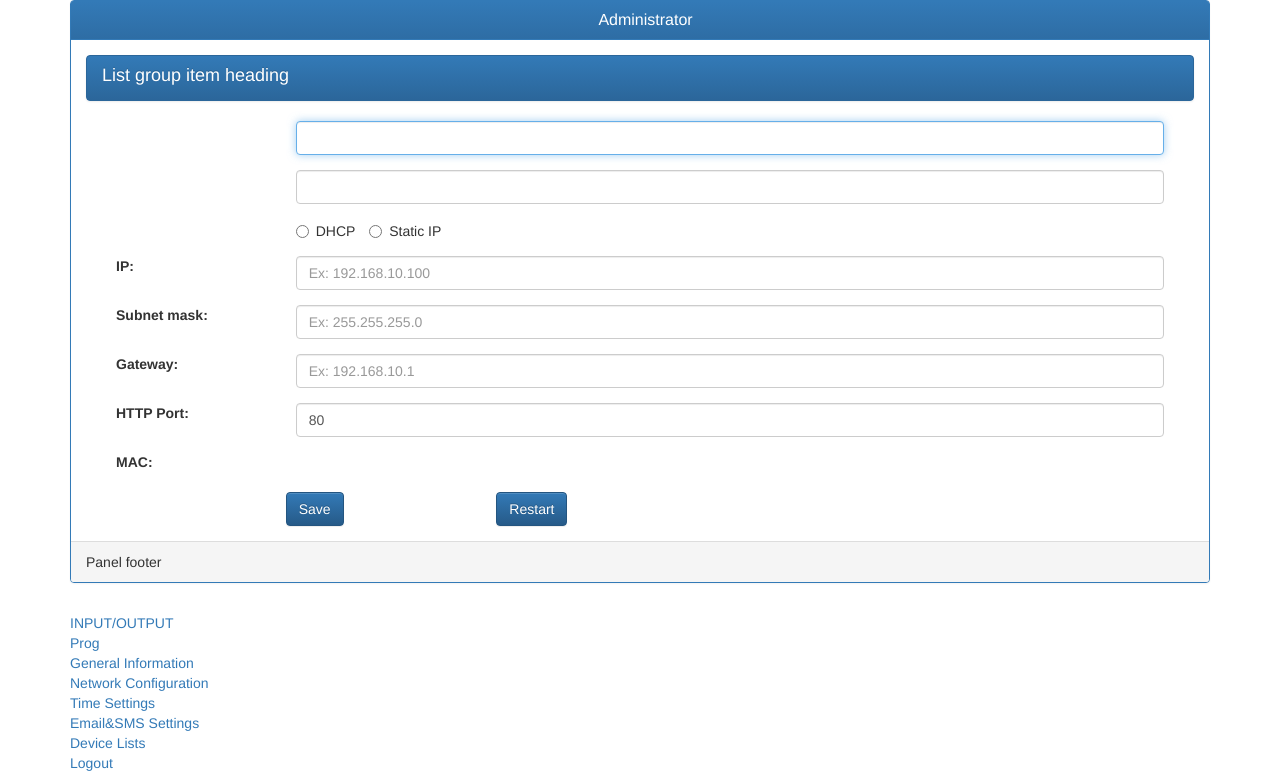
Repository: binhpham1909/EclipseCpp
Page: SwitchControler_v1/HTMLSource/admin.html
An editor plug-in stored every save of this project. The page is shown before and after the next save, followed by the edit.
The browser window is 1280 px wide. The pictures show the whole page.
The page's requests for data from a server got no answer.

Above is the page before, as saved 2017-02-09 08:57:42.

### SwitchControler_v1/HTMLSource/admin.html
<!DOCTYPE html>
<html lang="en">
<head>
<meta charset="utf-8">
<title>Administration</title>
<meta name="description" content="">
<meta name="author" content="Anh Nguyen Tuan">
<meta name="viewport" content="width=device-width, initial-scale=1">
<link rel="icon" type="image/png" href="/favicon.png">
<link rel="stylesheet" href="css/bootstrap.min.css">
<script src="js/jquery.min.js"></script>
<link rel="stylesheet" href="css/main.css">
</head>
<body>
<div class="container">
	<div class="panel panel-primary">
		<div class="panel-heading">
			<div class="input-group">
				<div class="input-group-btn"></div>
				<div class="input-group-btn">
					<h3 class="panel-title" id="lbNetworkSettings">Administrator</h3>
				</div>
			</div>
		</div>
		<div class="panel-body">
			<div class="list-group">
			<a href="#" class="list-group-item active">
			<h4 class="list-group-item-heading">List group item heading</h4>
			</a>
			</div>
			<form name="networkSetting" id="networkSetting">
				<div class="form-group col-sm-12">
					<label for="ssid" id="lbSSID" class="col-sm-2 control-label"></label>
					<div class="col-sm-10">
						<input type="text" class="form-control" name="ssid" id="ssid" maxlength="31" autofocus/>
					</div>
				</div>
				<div class="form-group col-sm-12">
					<label for="wifiPassword" id="lbWifiPassword" class="col-sm-2 control-label"></label>
					<div class="col-sm-10">
						<input type="password" class="form-control" name="wifiPassword" id="wifiPassword" maxlength="31"/>
					</div>
				</div>
				<div class="form-group col-sm-12">
					<div class="col-sm-offset-2 col-sm-10">
						<label class="radio-inline">
							<input type="radio" name="dhcp" id="dhcp" value="true"> DHCP
						</label>
						<label class="radio-inline">
							<input type="radio" name="dhcp" id="fixed" value="false">Static IP
						</label>
					</div>
				</div>
				<div class="form-group col-sm-12">
					<label for="ip" class="col-sm-2 control-label">IP:</label>
					<div class="col-sm-10">
						<input type="text" class="form-control" name="ip" id="ip" placeholder="Ex: 192.168.10.100" maxlength="15"/>
					</div>
				</div>
				<div class="form-group col-sm-12">
					<label for="mask" class="col-sm-2 control-label">Subnet mask:</label>
					<div class="col-sm-10">
						<input type="text" class="form-control" name="mask" id="mask" placeholder="Ex: 255.255.255.0" maxlength="15"/>
					</div>
				</div>
				<div class="form-group col-sm-12">
					<label for="gw" class="col-sm-2 control-label">Gateway:</label>
					<div class="col-sm-10">
						<input type="text" class="form-control" name="gw" id="gw" placeholder="Ex: 192.168.10.1" maxlength="15"/>
					</div>
				</div>
				<div class="form-group col-sm-12">
					<label for="port" class="col-sm-2 control-label">HTTP Port:</label>
					<div class="col-sm-10">
						<input type="number" class="form-control" name="port" id="port" placeholder="80" min="80" max="65535" value="80"/>
					</div>
				</div>
				<div class="form-group col-sm-12">
					<label for="mac" class="col-sm-2 control-label">MAC:</label>
					<div class="col-sm-10">
						<span id="mac" name="mac">&nbsp;</span>
					</div>
				</div>
				<div class="form-group">
					<div class="col-sm-offset-2 col-sm-10">
						<div class="errorMessage" id="errorMsg"></div>
						<div class="infoMessage" id="infoMsg"></div>
						<button class="btn btn-primary" id="btn-networkSetting">Save</button>
						<input class="col-xs-offset-2 btn btn-primary" type="button" value="Restart" id="reboot" name="reboot">
					</div>
				</div>
			</form>
		</div>
		<div class="panel-footer">
		Panel footer
		</div>
	</div>
</div>
<div class="container">
	<div class="eleven twelve"><h5 id="deviceName" style="text-align: center;"> </h5></div>
	<div><a class="button button-primary buttonWidth" href="gpio.html">INPUT/OUTPUT</a></div>
	<div><a class="button button-primary buttonWidth" href="prog.html">Prog</a></div>
	<div><a class="button button-primary buttonWidth" href="general.html">General Information</a></div>
	<div><a class="button button-primary buttonWidth" href="network.html">Network Configuration</a></div>
	<div><a class="button button-primary buttonWidth" href="time.html">Time Settings</a></div>
	<div><a class="button button-primary buttonWidth" href="email.html">Email&amp;SMS Settings</a></div>
	<div><a class="button button-primary buttonWidth" href="device.html">Device Lists</a></div>
	<div><a class="button button-primary buttonWidth" href="logout">Logout</a></div>
<script>
$(function() {
	$.getJSON("/getdeviceinfo", function(obj) {
		try {
			$("#deviceName").html(obj["name"]);
		} catch (err) {
		}
	});
});
</script>
</div>
</body>
</html>

### SwitchControler_v1/HTMLSource/css/main.css
html, body, .container-table {
    height: 100%;
}
.container-table {
    display: table;
}
.vertical-center-row {
    display: table-cell;
    vertical-align: middle;
}

.onoffswitch {
    position: relative; width: 110px;
    -webkit-user-select:none; -moz-user-select:none; -ms-user-select: none;
}

.onoffswitch-checkbox {
    display: none;
}

.onoffswitch-label {
    display: block; overflow: hidden; cursor: pointer;
    border: 2px solid #999999; border-radius: 20px;
}

.onoffswitch-inner {
    display: block; width: 200%; margin-left: -100%;
    transition: margin 0.3s ease-in 0s;
}

.onoffswitch-inner:before, .onoffswitch-inner:after {
    display: block; float: left; width: 50%; height: 30px; padding: 0; line-height: 30px;
    font-size: 14px; color: white; font-family: Trebuchet, Arial, sans-serif; font-weight: bold;
    box-sizing: border-box;
}

.onoffswitch-inner:before {
    content: "ON";
    padding-left: 10px;
    background-color: #34A7C1; color: #FFFFFF;
}

.onoff1switch-inner:before {
    content: "ON";
    padding-left: 10px;
    background-color: #E80F0F; color: #FFFFFF;
}


.onoffswitch-inner:after {
    content: "OFF";
    padding-right: 10px;
    background-color: #EEEEEE; color: #999999;
    text-align: right;
}
.alarmDisarm:before{
	content: "Alarm";
}
.alarmDisarm:after{
	content: "Disarm";
}
.armedDisarmed:before{
	content: "Armed";
}
.armedDisarmed:after{
	content: "Disarmed";
}
.openClose:before{
	content: "Open";
}
.openClose:after{
	content: "Closed";
}
.redBgrd-inner:before{
	 background-color: #FF0000;
}
.redBgrd-inner:after{
	 background-color: #EEEEEE;
}
.okLowBatt:before{
	content: "OK";
	background-color: #04ff00;
}
.okLowBatt:after{
	content: "Low BATT";
	background-color: #ffee00;
}
.onoffswitch-switch {
    display: block; width: 18px; margin: 6px;
    background: #FFFFFF;
    position: absolute; top: 0; bottom: 0;
    right: 76px;
    border: 2px solid #999999; border-radius: 20px;
    transition: all 0.3s ease-in 0s;
}

.onoffswitch-checkbox:checked + .onoffswitch-label .onoffswitch-inner {
    margin-left: 0;
}

.onoffswitch-checkbox:checked + .onoffswitch-label .onoffswitch-switch {
    right: 0px;
}

.onoffswitch-checkbox:disabled + .onoffswitch-label .onoffswitch-switch {
	display: none;
	transition: all 0s ease-in 0s;
    -webkit-transition: none;
    transition: none;
}
fieldset.withBorder {
	border-width: 1px;
	padding-left: 10px;
	padding-right: 10px;
	padding-bottom: 10px;
}
legend.withBorder {
	padding-left: 5px;
	padding-right: 5px;
	font-size: 110%;
	color: #222;
}
.buttonWidth {
	width: 100%;
}
.backButton {
	width: 40px;
	padding: 0px;
	border: 0px;
}
.titleBar {
	font-weight: 300;
	font-size: 1.8rem;
	letter-spacing: -.05rem;
	padding-left: 8px;
}
.errorMessage {
	color: #ff0000;
	display: none;
	padding: 0;
	margin-top: 0;
}
.infoMessage {
	color: #006600;
	display: none;
	padding: 0;
	margin-top: 0;
}
.press{
	width:80px;
	height:80px;
	border-radius: 50%;
	line-height: 80px;
	box-sizing: border-box;
	padding: 0px;
}

Loaded but not shown: SwitchControler_v1/HTMLSource/css/bootstrap.min.css (library); SwitchControler_v1/HTMLSource/js/jquery.min.js (library)

After the next save:
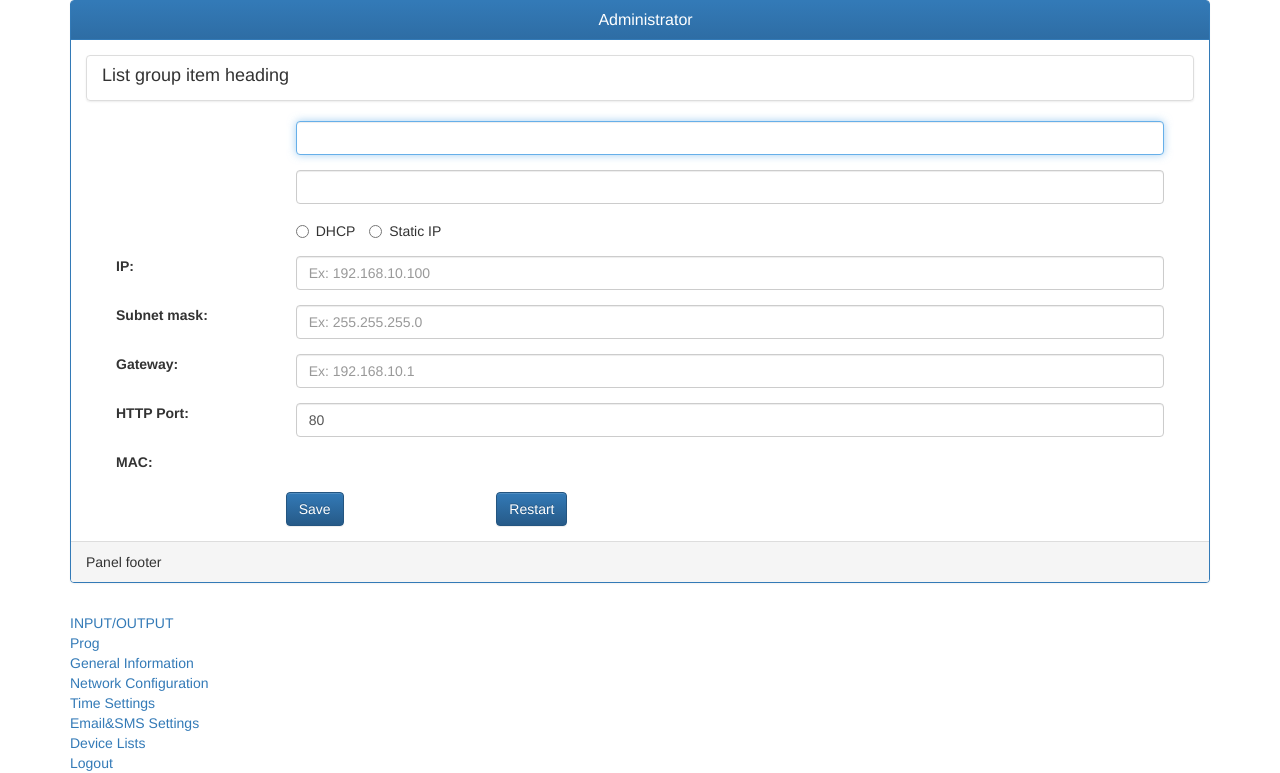
Saved 52 s later.
--- a/SwitchControler_v1/HTMLSource/admin.html
+++ b/SwitchControler_v1/HTMLSource/admin.html
@@ -24,8 +24,8 @@
 		</div>
 		<div class="panel-body">
 			<div class="list-group">
-			<a href="#" class="list-group-item active">
-			<h4 class="list-group-item-heading">List group item heading</h4>
+			<a href="#" class="list-group-item list-group-item-default">
+				<h4 class="list-group-item-heading">List group item heading</h4>
 			</a>
 			</div>
 			<form name="networkSetting" id="networkSetting">
